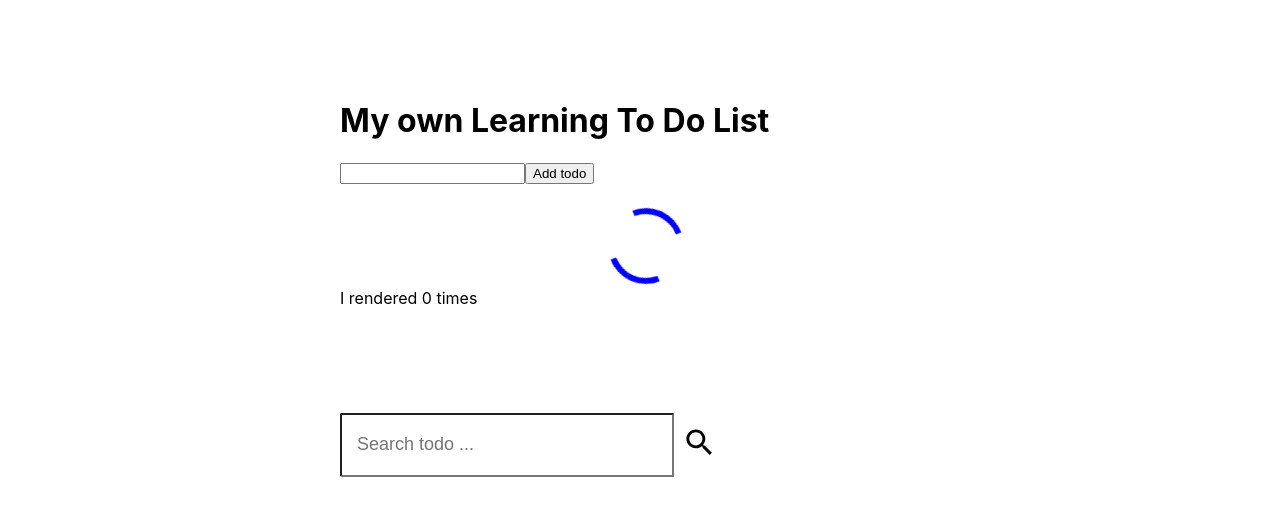
Repository: ArusyakAghajanyan/To-Do
Page: /
These files come from the project's save history. The page is drawn as it stood at one moment and after a run of saves; the edit follows.
The browser window is 1280 px wide. The pictures show the whole page.
The page's requests for data from a server got no answer. The project was rebuilt for these pictures with package versions that can differ from the ones it lists, and the page was loaded fresh each time. No one was signed in, and anything a server would have sent is missing. Also part of the build but not shown: src/Todo/TodoItem.js, src/Todo/TodoList.js.

Above is the page before, as saved 2022-03-11 01:45:16.

### src/index.css
body {
  margin: 0;
  font-family: -apple-system, BlinkMacSystemFont, 'Segoe UI', 'Roboto', 'Oxygen',
    'Ubuntu', 'Cantarell', 'Fira Sans', 'Droid Sans', 'Helvetica Neue',
    sans-serif;
  -webkit-font-smoothing: antialiased;
  -moz-osx-font-smoothing: grayscale;
}

code {
  font-family: source-code-pro, Menlo, Monaco, Consolas, 'Courier New',
    monospace;
}
.wrapper {
  padding-top: 5rem;
  margin: 0 auto;
  width: 600px;
}
.rm {
  background: red;
  border-radius: 50%;
  color:#fff;
  border: none;
}

.done {
  text-decoration: line-through;
}

.lds-dual-ring {
  display: inline-block;
  width: 80px;
  height: 80px;
}

.lds-dual-ring:after {
  content: " ";
  display: block;
  width: 64px;
  height: 64px;
  margin: 8px;
  border-radius: 50%;
  border: 6px solid blue;
  border-color: blue transparent blue transparent;
  animation: lds-dual-ring 1.2s linear infinite;
}
@keyframes lds-dual-ring {
  0% {
    transform: rotate(0deg);
  }
  100% {
    transform: rotate(360deg);
  }
}

### src/App.js
import React, { useEffect, useRef } from 'react'
import TodoList from './Todo/TodoList'
import Context from './context'
import Loader from './Loader'
import SearchBar from './Search/SearchBar'

const AddTodo = React.lazy(
  () =>
  new Promise(resolve => {
    setTimeout(() => {
      resolve(import('./Todo/AddTodo'))
    }, 3000)
  })
  )

function App() {
  const [todos, setTodos] = React.useState([])
    // { id: 1, completed: false, title: 'Learn HTML, CSS'},
    // { id: 2, completed: true, title: 'Learn Js'},
    // { id: 3, completed: false, title: 'Learn React'},
    // { id: 4, completed: false, title: 'Learn Java'}
  const [loading, setLoading] = React.useState(true)
  const renderCount = useRef(0)

  useEffect(() => {
    renderCount.current = renderCount.current + 1
  })


useEffect(() => {
  fetch('https://jsonplaceholder.typicode.com/todos?_limit=5')
    .then(response => response.json())
    .then(todos => {
      setTimeout(() => {
        setTodos(todos)
        setLoading(false)
      }, 2000)
    })
}, [])

  function toggleTodo(id){
    setTodos(
    todos.map(todo => {
    if (todo.id === id) {
      todo.completed = !todo.completed
    }
    return todo
    })
    )
  }

  function removeTodo(id){
   setTodos(todos.filter(todo => todo.id !== id))
  }

  function addTodo(title) {
    setTodos(todos.concat([{
      title,
      id: Date.now(),
      completed: false
    }]))
  }
  return (
    <Context.Provider value={{ removeTodo }}>
    <div className='wrapper'>
      <h1>My own Learning To Do List</h1>
      <React.Suspense fallback={<p>Loading...</p>}>

      <AddTodo onCreate={addTodo} />
      </React.Suspense>
      {loading && <Loader />}
      {todos.length ? (
      <TodoList todos={todos} onToggle={toggleTodo} />
      ) : loading ? null : (
        <p>No todos!</p>
       )}
       <div> I rendered {renderCount.current} times </div>
       <div >
      <SearchBar placeholder="Search todo ..." data={todos} />
    </div>

    </div>
    </Context.Provider>

  )
}

export default App

// className="App"

### src/Loader.js
import React from 'react'

export default () => <div style={{display: 'flex', justifyContent: 'center', margin: '.5rem' }}>
    <div className="lds-dual-ring" /></div>

### src/Search/SearchBar.js
import React, { useState } from "react";
import "./SearchBar.css";
import SearchIcon from '@mui/icons-material/Search';
import CloseIcon from '@mui/icons-material/Close';

function SearchBar({ placeholder, data }) {
  const [filteredData, setFilteredData] = useState([]);
  const [wordEntered, setWordEntered] = useState("");

  const handleFilter = (event) => {
    const searchWord = event.target.value;
    setWordEntered(searchWord);
    const newFilter = data.filter((value) => {
      return value.title.toLowerCase().includes(searchWord.toLowerCase());
    });

    if (searchWord === "") {
      setFilteredData([]);
    } else {
      setFilteredData(newFilter);
    }
  };

  const clearInput = () => {
    setFilteredData([]);
    setWordEntered("");
  };

  return (
    <div className="search">
      <div className="searchInputs">
        <input
          type="text"
          placeholder={placeholder}
          value={wordEntered}
          onChange={handleFilter}
        />
        <div className="searchIcon">
          {filteredData.length === 0 ? (
            <SearchIcon />
          ) : (
            <CloseIcon id="clearBtn" onClick={clearInput} />
          )}
        </div>
      </div>
      {filteredData.length != 0 && (
        <div className="dataResult">
          {filteredData.slice(0, 15).map((value, key) => {
            return (
              <a className="dataItem" href={value.link} target="_blank">
                <p>{value.title} </p>
              </a>
            );
          })}
        </div>
      )}
    </div>
  );

}

export default SearchBar;

### src/Todo/AddTodo.js
import React, { useState } from "react";
import PropTypes from "prop-types";

function useInputValue(defaultValue = " ") {
  const [value, setValue] = useState(defaultValue);
  return {
    bind: {
      value,
      onChange: (event) => setValue(event.target.value),
    },
    clear: () => setValue(""),
    value: () => value,
  };
}

function AddTodo({ onCreate }) {
  const input = useInputValue(" ");

  function submitHandler(event) {
    event.preventDefault();

    if (input.value().trim()) {
      onCreate(input.value());
      input.clear();
    }
  }

  return (
    <form style={{ marginBottom: "1rem" }} onSubmit={submitHandler}>
      <input {...input.bind} />
      <button type="submit">Add todo</button>
    </form>
  );
}

AddTodo.propTypes = {
  onCreate: PropTypes.func.isRequired,
};

export default AddTodo;

### src/Search/SearchBar.css
.searchInputs {
    margin-top: 105px;
    display: flex;
  }

  .search input{
    background-color: white;
    border: ;
    border-radius: 2px;
    border-top-right-radius: 0px;
    border-bottom-right-radius: 0px;
    font-size: 18px;
    padding: 15px;
    height: 30px;
    width: 300px;
  }

  .searchIcon {
    height: 60px;
    width: 50px;
    background-color: white;
    display: grid;
    place-items: center;
  }

  input:focus {
    outline: none;
  }
  .searchIcon svg {
    font-size: 35px;
  }

  .dataResult {
    margin-top: 5px;
    width: 300px;
    height: 200px;
    background-color: white;
    box-shadow: rgba(0, 0, 0, 0.35) 0px 5px 15px;
    overflow: hidden;
    overflow-y: auto;
  }

  .dataResult::-webkit-scrollbar {
    display: none;
  }

  .dataResult .dataItem {
    width: 100%;
    height: 50px;
    display: flex;
    align-items: center;
    color: black;
  }

  .dataItem p {
    margin-left: 10px;
  }
  a {
    text-decoration: none;
  }

  a:hover {
    background-color: lightgrey;
  }

  #clearBtn {
    cursor: pointer;
  }

Loaded but not shown: public/index.html (common file); src/index.js (common file); src/reportWebVitals.js (common file); src/context.js (common file)

After the next 3 saves:
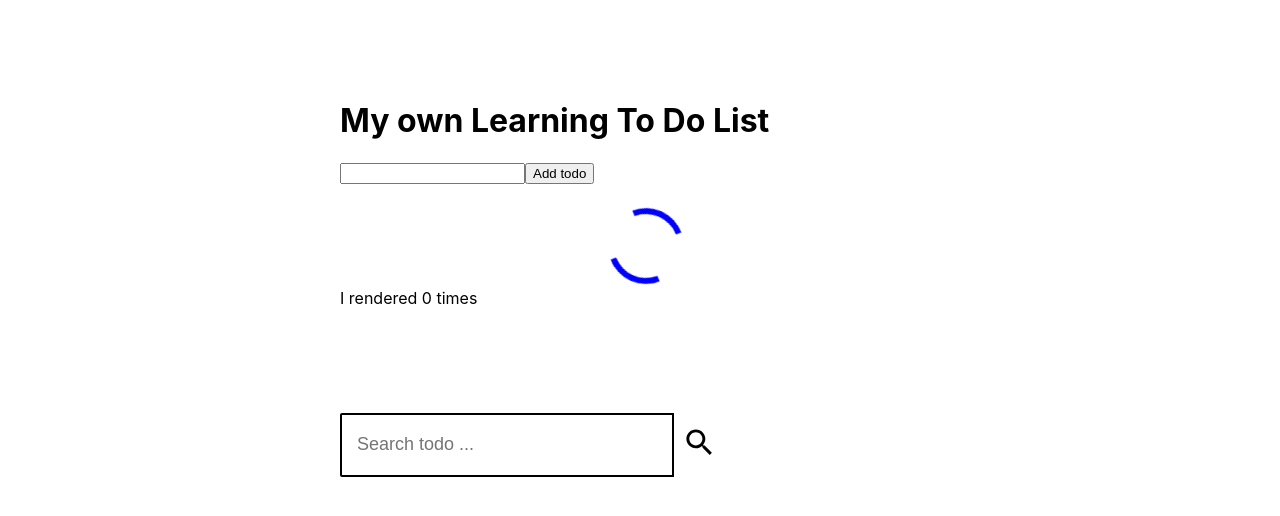
The 3 saves are shown as one change because they came seconds apart.
The last was saved 11 s later.
--- a/src/Search/SearchBar.css
+++ b/src/Search/SearchBar.css
@@ -5,7 +5,7 @@
 
   .search input{
     background-color: white;
-    border: ;
+    border: 2px solid ;
     border-radius: 2px;
     border-top-right-radius: 0px;
     border-bottom-right-radius: 0px;
